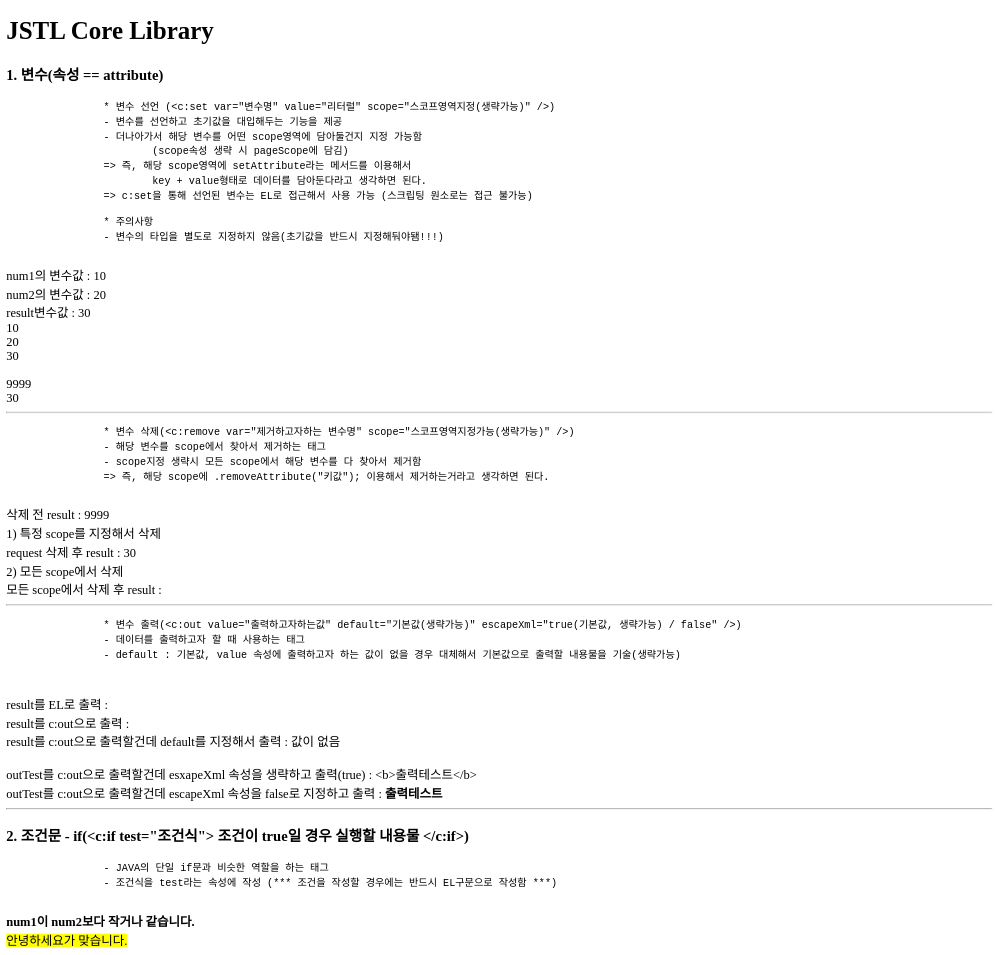
Repository: DonghwanSon1/ajax-jsp-study
Page: http://localhost/ActionProject/views/3_CustomAction/01_core.jsp
An editor plug-in stored every save of this project. The page is shown before and after the next save, followed by the edit.
The browser window is 1280 px wide. The pictures show the whole page, at 78% of full size.
The page is served by Tomcat 9. Other server files are loaded and not shown.

Above is the page before, as saved 2022-07-12 07:22:00.

### ActionProject/WebContent/views/3_CustomAction/01_core.jsp
<%@ page language="java" contentType="text/html; charset=UTF-8"
    pageEncoding="UTF-8"%>
<%@ taglib prefix="c" uri="http://java.sun.com/jsp/jstl/core" %>
<!DOCTYPE html>
<html>
<head>
<meta charset="UTF-8">
<title>정말 중요한 core 페이지</title>
</head>
<body>


	<h1>JSTL Core Library</h1>

	<h3>1. 변수(속성 == attribute)</h3>

	<pre>
		* 변수 선언 (&lt;c:set var="변수명" value="리터럴" scope="스코프영역지정(생략가능)" /&gt;)
		- 변수를 선언하고 초기값을 대입해두는 기능을 제공
		- 더나아가서 해당 변수를 어떤 scope영역에 담아둘건지 지정 가능함
			(scope속성 생략 시 pageScope에 담김)
		=> 즉, 해당 scope영역에 setAttribute라는 메서드를 이용해서
			key + value형태로 데이터를 담아둔다라고 생각하면 된다.
		=> c:set을 통해 선언된 변수는 EL로 접근해서 사용 가능 (스크립팅 원소로는 접근 불가능)

		* 주의사항
		- 변수의 타입을 별도로 지정하지 않음(초기값을 반드시 지정해둬야됌!!!)
	</pre>

	<c:set var="num1" value="10"></c:set> <!-- pageScope에 담김 pageContext.setAttribute("num1", "10"); -->
	<c:set var="num2" value="20" scope="request"></c:set> <!-- requestScope에 담김 request.setAttribute("num2", "20"); -->

	num1의 변수값 : ${ num1 } <br>
	num2의 변수값 : ${ num2 } <br>

	<c:set var="result" value="${ num1 + num2 }" scope="session"></c:set>

	result변수값 : ${ result } <br>

	<!--
		변수명만 제시하면 공유범위가 작은 곳에서부터 찾음
		: 티가 나지는 않지만 속도가 느려질수도 있다.(스코프영역.변수명 을 권장)
	 -->

	${ pageScope.num1 } <br>
	${ requestScope.num2 } <br>
	${ sessionScope.result } <br><br>

	<c:set var="result" scope="request"	>9999</c:set>
	<!-- value속성 말고 시작태그와 종료태그 사이에도 대입할 값을 기술 가능 -->

	${ requestScope.result } <br>
	${ sessionScope.result } <br>

	<hr>

	<pre>
		* 변수 삭제(&lt;c:remove var="제거하고자하는 변수명" scope="스코프영역지정가능(생략가능)" /&gt;)
		- 해당 변수를 scope에서 찾아서 제거하는 태그
		- scope지정 생략시 모든 scope에서 해당 변수를 다 찾아서 제거함
		=> 즉, 해당 scope에 .removeAttribute("키값"); 이용해서 제거하는거라고 생각하면 된다.
	</pre>

	삭제 전 result : ${ result } <br>
	1) 특정 scope를 지정해서 삭제 <br>
	<c:remove var="result" scope="request" />

	request 삭제 후 result : ${ result } <br>

	2) 모든 scope에서 삭제 <br>
	<c:remove var="result" />
	모든 scope에서 삭제 후 result : ${ result } <br>

	<hr>

	<pre>
		* 변수 출력(&lt;c:out value="출력하고자하는값" default="기본값(생략가능)" escapeXml="true(기본값, 생략가능) / false" /&gt;)
		- 데이터를 출력하고자 할 때 사용하는 태그
		- default : 기본값, value 속성에 출력하고자 하는 값이 없을 경우 대체해서 기본값으로 출력할 내용물을 기술(생략가능)

	</pre>

	result를 EL로 출력 : ${ result } <br>
	result를 c:out으로 출력 : <c:out value="${ result }" /> <br>
	result를 c:out으로 출력할건데 default를 지정해서 출력 : <c:out value="${ result }" default="값이 없음" /> <br><br>

	<!-- escapeXml 테스트 -->
	<!-- 테스트하기 위한 변수 선언 -->
	<c:set var="outTest" value="<b>출력테스트</b>" />

	outTest를 c:out으로 출력할건데 esxapeXml 속성을 생략하고 출력(true) : <c:out value="${ outTest }"/> <br>
	outTest를 c:out으로 출력할건데 escapeXml 속성을 false로 지정하고 출력 : <c:out value="${ outTest }" escapeXml="false" />

	<hr>

	<h3>2. 조건문 - if(&lt;c:if test="조건식"&gt; 조건이 true일 경우 실행할 내용물 &lt;/c:if&gt;)</h3>

	<pre>
		- JAVA의 단일 if문과 비슷한 역할을 하는 태그
		- 조건식을 test라는 속성에 작성 (*** 조건을 작성할 경우에는 반드시 EL구문으로 작성함 ***)
	</pre>

	<%--
	기존방식
	<% if(num1 > num2) { %>
		쏼라쏼라
	<% } %>
	--%>

	<c:if test="${ num1 gt num2 }" >
		<b>num1이 num2보다 큽니다.</b>
	</c:if>

	<c:if test="${ num1 le num2 }">
		<b>num1이 num2보다 작거나 같습니다.</b>
	</c:if>

	<br>

	<c:set var="str" value="안녕하세요" />

	<c:if test="${ str eq '안녕하세요' }" >
		<mark>안녕하세요가 맞습니다.</mark>
	</c:if>

	<c:if test="${ str ne '안녕하세요' }" >
		<mark>안녕하세요가 아닙니다.</mark>
	</c:if>

	<br>










</body>
</html>

After the next save:
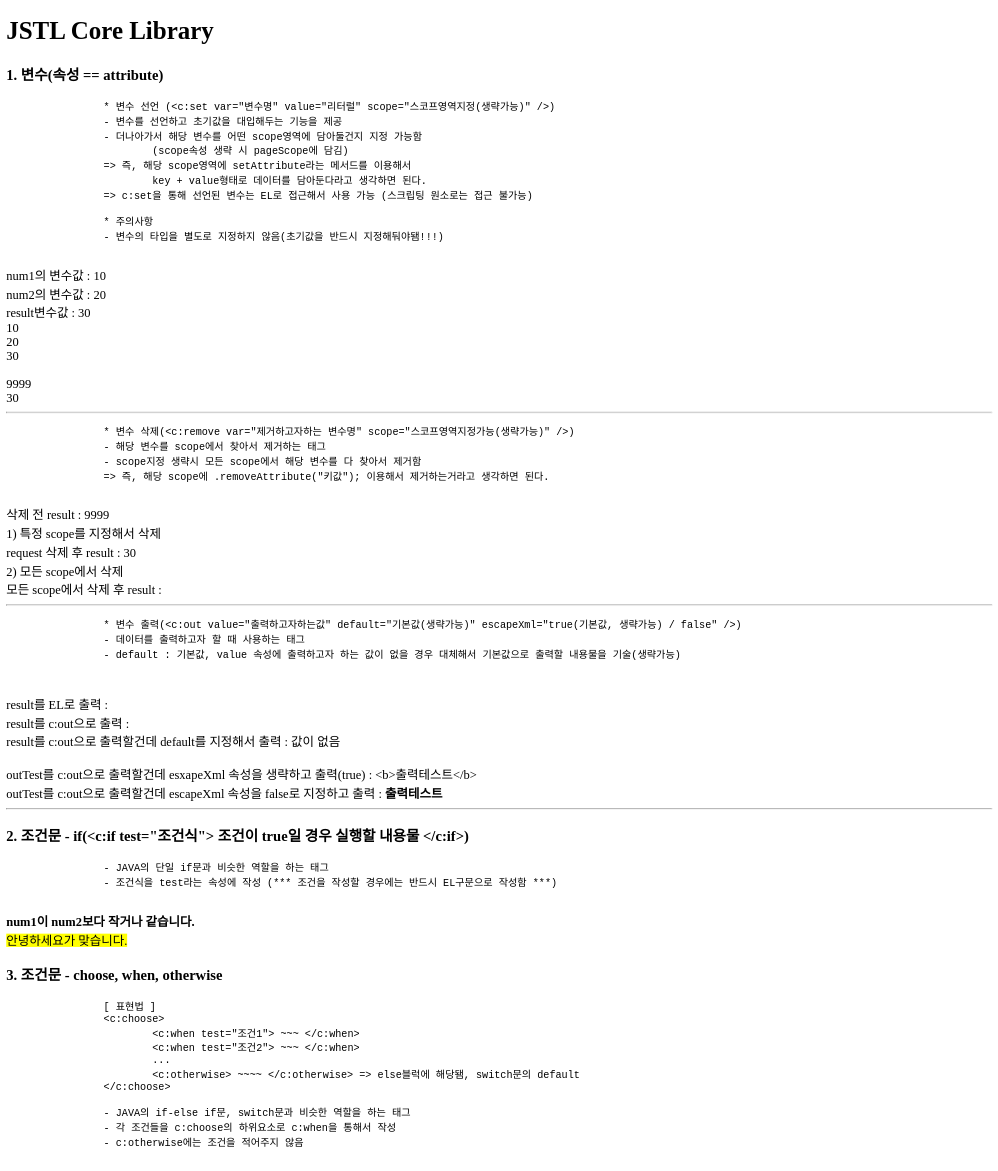
Saved 5 min 7 s later.
--- a/ActionProject/WebContent/views/3_CustomAction/01_core.jsp
+++ b/ActionProject/WebContent/views/3_CustomAction/01_core.jsp
@@ -129,8 +129,21 @@
 
 	<br>
 
+	<h3>3. 조건문 - choose, when, otherwise </h3>
 
+	<pre>
+		[ 표현법 ]
+		&lt;c:choose&gt;
+			&lt;c:when test="조건1"&gt; ~~~ &lt;/c:when&gt;
+			&lt;c:when test="조건2"&gt; ~~~ &lt;/c:when&gt;
+			...
+			&lt;c:otherwise&gt; ~~~~ &lt;/c:otherwise&gt; => else블럭에 해당됌, switch문의 default
+		&lt;/c:choose&gt;
 
+		- JAVA의 if-else if문, switch문과 비슷한 역할을 하는 태그
+		- 각 조건들을 c:choose의 하위요소로 c:when을 통해서 작성
+		- c:otherwise에는 조건을 적어주지 않음
+	</pre>
 
 
 
